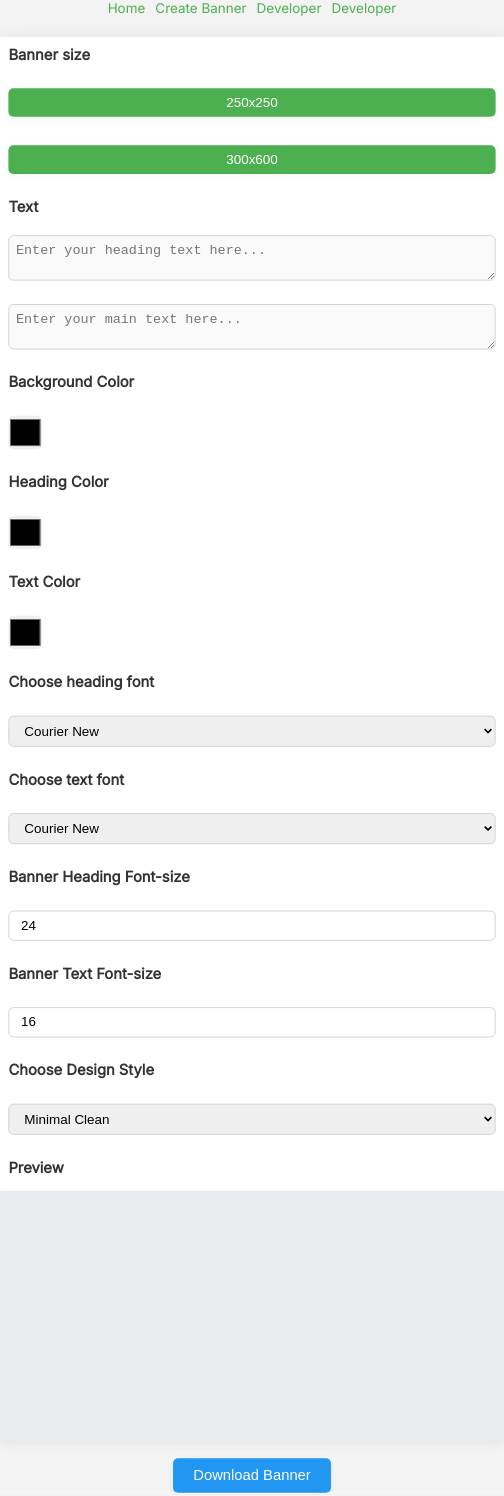
Repository: Yuravolontir/--Baner-Editor--
Page: banner.html
An editor plug-in stored every save of this project. The page is shown before and after the next save, followed by the edit.
The browser window is 600 px wide. The pictures show the whole page, at 84% of full size.

Above is the page before, as saved 2025-07-15 21:56:30.

### banner.html
<!DOCTYPE html>
<html lang="en">
<head>
    <meta charset="UTF-8">
    <meta name="viewport" content="width=device-width, initial-scale=1.0">
    <title>Document</title>
    <link rel="stylesheet" href="/styles/styles.css">
    <script type="module" src="/scripts/index.js"></script>
    <link href="https://fonts.googleapis.com/css2?family=Be+Vietnam+Pro&family=DM+Sans&family=Figtree&family=Inter&family=Manrope&family=Outfit&family=Rubik&family=Space+Grotesk&family=Sora&family=Urbanist&display=swap" rel="stylesheet">



<!-- Include html2canvas library for capturing the banner as an image-->
<script src="https://cdn.jsdelivr.net/npm/html2canvas@1.4.1/dist/html2canvas.min.js"></script>






</head>
<body>

<nav>
    <ul>
    <li><a href="/dashboard.html">Home</a></li>
    <li><a href="/banner.html">Create Banner</a></li>
    <li><a href="/thanks-to-developer.html">Developer</a></li>
    <li><a href="/thanks-to-developer.html">Developer</a></li>
    </ul>
</nav>
<div id="banner-builder-container">
<div id="controls-section">
<h3>Banner size</h3>
<button id="250X250">250x250</button>
<button id="300X600">300x600</button>
<h3>Text</h3>
<textarea id="bannerHeading" placeholder="Enter your heading text here..."></textarea>
<textarea id="bannerText" placeholder="Enter your main text here..."></textarea>
<h3>Background Color</h3>
<input type="color" id="BackgroundColor">

<h3>Heading Color</h3>
<input type="color" id="HeadingColor">

<h3>Text Color</h3>
<input type="color" id="TextColor">

<h3>Choose heading font</h3>
<select id="head-font">
  <option value="Courier New">Courier New</option>
  <option value="Inter">Inter</option>
  <option value="Poppins">Poppins</option>
  <option value="Space Grotesk">Space Grotesk</option>
  <option value="Outfit">Outfit</option>
  <option value="Manrope">Manrope</option>
  <option value="Sora">Sora</option>
  <option value="Figtree">Figtree</option>
  <option value="Rubik">Rubik</option>
  <option value="Urbanist">Urbanist</option>
  <option value="DM Sans">DM Sans</option>
</select>

<h3>Choose text font</h3>
<select id="text-font">
  <option value="Courier New">Courier New</option>
  <option value="Inter">Inter</option>
  <option value="Poppins">Poppins</option>
  <option value="Space Grotesk">Space Grotesk</option>
  <option value="Outfit">Outfit</option>
  <option value="Manrope">Manrope</option>
  <option value="Sora">Sora</option>
  <option value="Figtree">Figtree</option>
  <option value="Rubik">Rubik</option>
  <option value="Urbanist">Urbanist</option>
  <option value="DM Sans">DM Sans</option>
</select>

<h3>Banner Heading Font-size</h3>
<input type="number" id="headingFontSize" placeholder="Enter font size in px" value="24">
<h3>Banner Text Font-size</h3>
<input type="number" id="textFontSize" placeholder="Enter font size in px" value="16">

<h3>Choose Design Style</h3>
<select id="designStyle">
  <option value="minimal">Minimal Clean</option>
  <option value="bold">Bold & Colorful</option>
  <option value="pixel">Retro Pixel</option>
</select>


<h3>Preview</h3>
</div>
<div id="preview">

</div>
<button id="downloadBanner">Download Banner</button>
</div>
</body>
</html>

### styles/styles.css
/* Reset and base styles */
* {
    box-sizing: border-box;
}
html, body {
    height: 100%;
    width: 100%;
    margin: 0;
    padding: 0;
    background-color: #f3f3f3;
    font-family: 'Inter', 'Arial', sans-serif;
}

/* Navigation styling */
nav {
    width: 100%;
    margin: 0 0 24px 0;
    display: flex;
    justify-content: center;
    align-items: center;
}
nav ul {
    list-style: none;
    display: flex;
    gap: 2vw;
    padding: 0;
    margin: 0;
}
nav ul li a {
    text-decoration: none;
    color: #4caf50;
    font-size: 1.2rem;
    font-weight: 500;
    transition: color 0.2s;
}
nav ul li a:hover {
    color: #ff9800;
}

/* Main grid container for banner builder */
#banner-builder-container {
    display: grid;
    grid-template-columns: 1fr 1fr;
    gap: 32px;
    width: 100vw;
    height: calc(100vh - 80px); /* Adjust for nav height */
    padding: 0 0;
    align-items: stretch;
}

/* Controls section */
#controls-section {
    background: #fff;
    border-radius: 0;
    box-shadow: 0 4px 24px rgba(0,0,0,0.08);
    padding: 24px 16px;
    display: flex;
    flex-direction: column;
    gap: 16px;
    height: 100%;
    width: 100%;
    overflow-y: auto;
}
h3 {
    margin: 0 0 8px 0;
    font-size: 1.1rem;
    color: #333;
}
label {
    font-size: 1rem;
    color: #444;
    margin-bottom: 4px;
}
button, input[type="color"], input[type="number"], select {
    margin: 6px 0 12px 0;
    padding: 8px 14px;
    border-radius: 6px;
    border: 1px solid #ccc;
    font-size: 1rem;
    outline: none;
    transition: box-shadow 0.2s, border-color 0.2s;
}
button {
    background: #4caf50;
    color: #fff;
    border: none;
    cursor: pointer;
    font-weight: 500;
    box-shadow: 0 2px 8px rgba(76,175,80,0.08);
}
button:hover {
    background: #388e3c;
}
input[type="color"] {
    padding: 0;
    border: none;
    width: 40px;
    height: 40px;
    cursor: pointer;
}
textarea {
    width: 100%;
    min-height: 40px;
    padding: 8px;
    border-radius: 6px;
    border: 1px solid #ccc;
    font-size: 1rem;
    resize: vertical;
    margin-bottom: 12px;
    background: #fafafa;
}

/* Preview section */
#preview {
    background: #e9ecef;
    border-radius: 0;
    box-shadow: 0 2px 12px rgba(0,0,0,0.06);
    display: flex;
    align-items: center;
    justify-content: center;
    padding: 24px;
    width: 100%;
    height: 100%;
    overflow-y: auto;
}

/* Banner inside preview */
#generatedBanner {
    display: flex;
    flex-direction: column;
    align-items: center;
    justify-content: center;
    background: #fff;
    border-radius: 8px;
    box-shadow: 0 2px 8px rgba(0,0,0,0.04);
    padding: 16px;
    transition: box-shadow 0.2s;
    width: 100%;
    max-width: 100%;
}
#generatedBanner h1 {
    margin: 0 0 12px 0;
    font-size: 1.5rem;
    font-weight: 700;
}
#generatedBanner pre, #generatedBanner p {
    margin: 0 0 8px 0;
    font-size: 1rem;
    color: #333;
    background: none;
    border: none;
    padding: 0;
}

/* Download button styling */
#downloadBanner {
    margin: 18px auto 0 auto;
    display: block;
    background: #2196f3;
    color: #fff;
    border: none;
    font-size: 1.1rem;
    padding: 10px 24px;
    border-radius: 6px;
    cursor: pointer;
    box-shadow: 0 2px 8px rgba(33,150,243,0.08);
    transition: background 0.2s;
}
#downloadBanner:hover {
    background: #1565c0;
}

/* Form container styling (for index.html) */
#form-container {
    width: 100vw;
    margin: 0;
    padding: 24px 20px;
    background-color: #fff;
    box-shadow: 0 4px 24px rgba(0,0,0,0.08);
    display: flex;
    flex-direction: column;
    align-items: center;
    text-align: center;
}

/* Responsive adjustments */
@media (max-width: 900px) {
    #banner-builder-container {
        grid-template-columns: 1fr;
        gap: 0;
        height: auto;
    }
    #controls-section, #preview {
        width: 100vw;
        padding: 12px;
        min-height: 300px;
    }
}
@media (max-width: 700px) {
    #form-container, #preview, #controls-section {
        width: 100vw;
        padding: 10px;
    }
    #generatedBanner {
        padding: 8px;
    }
    nav ul li a {
        font-size: 1rem;
    }
}

### scripts/index.js
import {createBanner, updateBannerHeading, updateBannerText, updateBannerColor,updateBannerHeadingColor , updateBannerTextColor,updateHeadingFont , updateTextFont, updateHeadingFontSize, updateTextFontSize, updateDesignStyle} from "./banner.js";




document.getElementById("250X250").addEventListener('click', createBanner);
document.getElementById("300X600").addEventListener('click', createBanner);


document.getElementById("bannerHeading").addEventListener('input', updateBannerHeading);

document.getElementById("bannerText").addEventListener('input', updateBannerText);

document.getElementById("BackgroundColor").addEventListener('input', updateBannerColor);

document.getElementById("HeadingColor").addEventListener('input', updateBannerHeadingColor);

document.getElementById("TextColor").addEventListener('input', updateBannerTextColor);

document.getElementById("head-font").addEventListener('input', updateHeadingFont);

document.getElementById("text-font").addEventListener('input', updateTextFont);

document.getElementById("headingFontSize").addEventListener('input', updateHeadingFontSize)

document.getElementById("textFontSize").addEventListener('input', updateTextFontSize);

document.getElementById("designStyle").addEventListener("change", updateDesignStyle);



// Add event listener for the download button
document.getElementById("downloadBanner").addEventListener("click", () => {
    const banner = document.getElementById("generatedBanner");
    if (!banner) return;

    html2canvas(banner).then(canvas => {
        const link = document.createElement("a");
        link.download = "my-banner.png";
        link.href = canvas.toDataURL();
        link.click();
    });
});
// Add event listener for the download button

### scripts/banner.js





export function createBanner(event) {
    event.preventDefault();
    const blank = document.querySelector("#preview");
    blank.innerHTML = "";
    const div = document.createElement("div");
    div.id = "generatedBanner"; // So we can update it later

    if (event.target.id === "300X600")
    {
    div.style.width = "300px";
    div.style.height = "600px";
    }
     if (event.target.id === "250X250")
    {
     div.style.width = "250px";
     div.style.height = "250px";
    }

    div.style.border = "1px solid black";
    div.style.background = "white";

    const h1 = document.createElement("h1");
    h1.id = "bannerH1"; // So we can update it
    h1.style.textAlign = "center";
    h1.textContent = document.getElementById("bannerHeading").value;

    const pre = document.createElement("pre");
    pre.id = "bannerPre"; // So we can update it
    pre.style.textAlign = "center";
    pre.textContent = document.getElementById("bannerText").value;

    div.appendChild(h1);
    div.appendChild(pre);

    blank.appendChild(div);
}
export function updateBannerHeading() {
    const h1 = document.getElementById("bannerH1");
    if (h1) {
        h1.textContent = document.getElementById("bannerHeading").value;
    }
}

export function updateBannerText() {
        const pre = document.getElementById("bannerPre");
    if (pre) {
        pre.textContent = document.getElementById("bannerText").value;
    }
}


export function updateBannerColor() {
    const div = document.getElementById("generatedBanner");
    if (div) {
        div.style.backgroundColor = document.getElementById("BackgroundColor").value;
    }
}

export function updateBannerHeadingColor() {
            const h1= document.getElementById("bannerH1");
    if (h1) {
        h1.style.color = document.getElementById("HeadingColor").value;
    }
}

export function updateBannerTextColor() {
        const pre = document.getElementById("bannerPre");
    if (pre) {
        pre.style.color = document.getElementById("TextColor").value;
    }
}

export function updateHeadingFont() {
    const h1 = document.getElementById("bannerH1");
    if (h1) {
        h1.style.fontFamily = document.getElementById("head-font").value;
    }
}
export function updateTextFont() {
    const pre = document.getElementById("bannerPre");
    if (pre) {
        pre.style.fontFamily = document.getElementById("text-font").value;
    }
}

export function updateHeadingFontSize() {
    const h1 = document.getElementById("bannerH1");
    if (h1) {
        h1.style.fontSize = document.getElementById("headingFontSize").value + "px";
    }
}
export function updateTextFontSize() {
    const pre = document.getElementById("bannerPre");
    if (pre) {
        pre.style.fontSize = document.getElementById("textFontSize").value + "px";
    }
}

export function updateDesignStyle() {
    const div = document.getElementById("generatedBanner");
    const style = document.getElementById("designStyle").value;

    if (!div) return;

    // Reset all first
    div.style.border = "";
    div.style.background = "";
    div.style.color = "";
    div.style.fontFamily = "";

    switch (style) {
        case "minimal":
            div.style.background = "white";
            div.style.color = "#222";
            div.style.border = "1px solid #ccc";
            div.style.fontFamily = "Inter";
            break;

        case "bold":
            div.style.background = "linear-gradient(135deg, #ff6b6b, #6a00f4)";
            div.style.color = "white";
            div.style.border = "none";
            div.style.fontFamily = "Rubik";
            break;

        case "pixel":
            div.style.background = "black";
            div.style.color = "#00ff00";
            div.style.border = "2px solid #444";
            div.style.fontFamily = "'Press Start 2P'";
            break;
    }
}

After the next save:
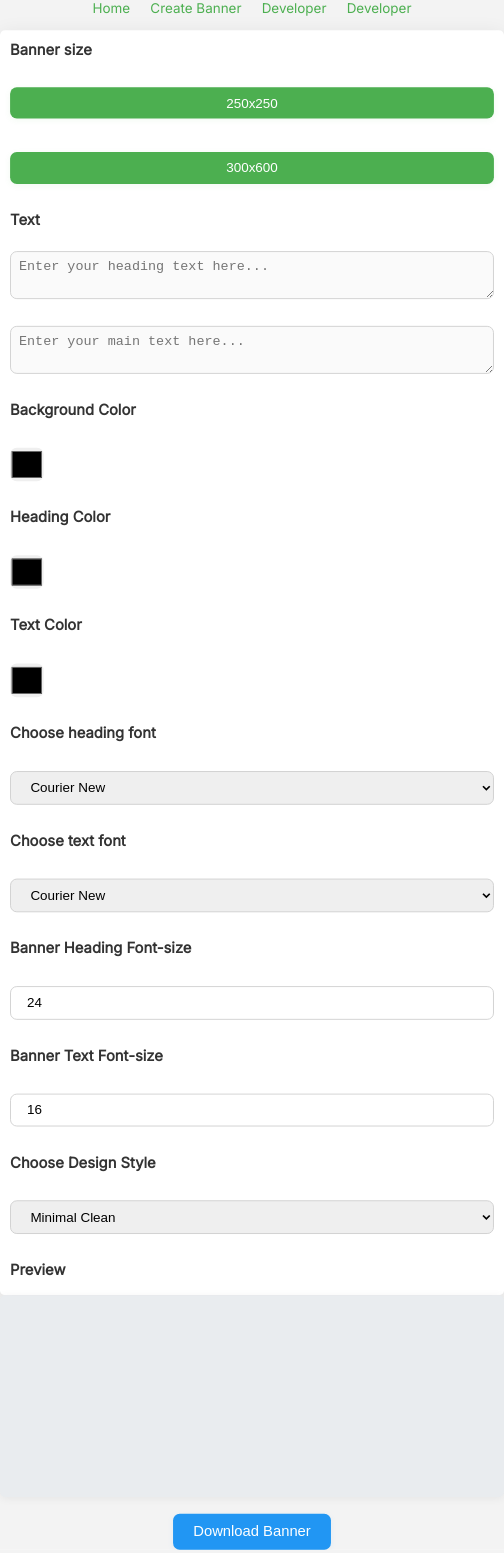
Saved 4 min 54 s later.
--- a/styles/styles.css
+++ b/styles/styles.css
@@ -13,8 +13,8 @@ html, body {
 
 /* Navigation styling */
 nav {
-    width: 100%;
-    margin: 0 0 24px 0;
+    width: 100vw;
+    margin: 0 0 2vh 0;
     display: flex;
     justify-content: center;
     align-items: center;
@@ -22,7 +22,7 @@ nav {
 nav ul {
     list-style: none;
     display: flex;
-    gap: 2vw;
+    gap: 4vw;
     padding: 0;
     margin: 0;
 }
@@ -41,40 +41,40 @@ nav ul li a:hover {
 #banner-builder-container {
     display: grid;
     grid-template-columns: 1fr 1fr;
-    gap: 32px;
+    gap: 3vw;
     width: 100vw;
-    height: calc(100vh - 80px); /* Adjust for nav height */
-    padding: 0 0;
+    min-height: 80vh;
+    padding: 0 2vw;
     align-items: stretch;
 }
 
 /* Controls section */
 #controls-section {
     background: #fff;
-    border-radius: 0;
+    border-radius: 1vw;
     box-shadow: 0 4px 24px rgba(0,0,0,0.08);
-    padding: 24px 16px;
+    padding: 2vw 2vw;
     display: flex;
     flex-direction: column;
-    gap: 16px;
+    gap: 1.2rem;
     height: 100%;
     width: 100%;
     overflow-y: auto;
 }
 h3 {
-    margin: 0 0 8px 0;
+    margin: 0 0 0.5rem 0;
     font-size: 1.1rem;
     color: #333;
 }
 label {
     font-size: 1rem;
     color: #444;
-    margin-bottom: 4px;
+    margin-bottom: 0.3rem;
 }
 button, input[type="color"], input[type="number"], select {
-    margin: 6px 0 12px 0;
-    padding: 8px 14px;
-    border-radius: 6px;
+    margin: 0.5rem 0 0.8rem 0;
+    padding: 0.6rem 1.2rem;
+    border-radius: 0.5rem;
     border: 1px solid #ccc;
     font-size: 1rem;
     outline: none;
@@ -94,32 +94,33 @@ button:hover {
 input[type="color"] {
     padding: 0;
     border: none;
-    width: 40px;
-    height: 40px;
+    width: 2.5rem;
+    height: 2.5rem;
     cursor: pointer;
 }
 textarea {
     width: 100%;
-    min-height: 40px;
-    padding: 8px;
-    border-radius: 6px;
+    min-height: 2.5rem;
+    padding: 0.6rem;
+    border-radius: 0.5rem;
     border: 1px solid #ccc;
     font-size: 1rem;
     resize: vertical;
-    margin-bottom: 12px;
+    margin-bottom: 0.8rem;
     background: #fafafa;
 }
 
 /* Preview section */
 #preview {
     background: #e9ecef;
-    border-radius: 0;
+    border-radius: 1vw;
     box-shadow: 0 2px 12px rgba(0,0,0,0.06);
     display: flex;
     align-items: center;
     justify-content: center;
-    padding: 24px;
-    width: 100%;
+    padding: 2vw;
+    width: 100%;
+    min-height: 40vh;
     height: 100%;
     overflow-y: auto;
 }
@@ -131,20 +132,20 @@ textarea {
     align-items: center;
     justify-content: center;
     background: #fff;
-    border-radius: 8px;
+    border-radius: 1vw;
     box-shadow: 0 2px 8px rgba(0,0,0,0.04);
-    padding: 16px;
+    padding: 1.2rem;
     transition: box-shadow 0.2s;
     width: 100%;
     max-width: 100%;
 }
 #generatedBanner h1 {
-    margin: 0 0 12px 0;
+    margin: 0 0 0.8rem 0;
     font-size: 1.5rem;
     font-weight: 700;
 }
 #generatedBanner pre, #generatedBanner p {
-    margin: 0 0 8px 0;
+    margin: 0 0 0.5rem 0;
     font-size: 1rem;
     color: #333;
     background: none;
@@ -154,14 +155,14 @@ textarea {
 
 /* Download button styling */
 #downloadBanner {
-    margin: 18px auto 0 auto;
+    margin: 1.2rem auto 0 auto;
     display: block;
     background: #2196f3;
     color: #fff;
     border: none;
     font-size: 1.1rem;
-    padding: 10px 24px;
-    border-radius: 6px;
+    padding: 0.7rem 1.5rem;
+    border-radius: 0.5rem;
     cursor: pointer;
     box-shadow: 0 2px 8px rgba(33,150,243,0.08);
     transition: background 0.2s;
@@ -174,7 +175,7 @@ textarea {
 #form-container {
     width: 100vw;
     margin: 0;
-    padding: 24px 20px;
+    padding: 2vw 2vw;
     background-color: #fff;
     box-shadow: 0 4px 24px rgba(0,0,0,0.08);
     display: flex;
@@ -188,23 +189,28 @@ textarea {
     #banner-builder-container {
         grid-template-columns: 1fr;
         gap: 0;
-        height: auto;
+        min-height: 100vh;
+        padding: 0 2vw;
     }
     #controls-section, #preview {
         width: 100vw;
-        padding: 12px;
-        min-height: 300px;
+        padding: 2vw;
+        min-height: 30vh;
     }
 }
 @media (max-width: 700px) {
     #form-container, #preview, #controls-section {
         width: 100vw;
-        padding: 10px;
+        padding: 2vw;
     }
     #generatedBanner {
-        padding: 8px;
+        padding: 0.7rem;
     }
     nav ul li a {
         font-size: 1rem;
     }
-}
+    #banner-builder-container {
+        min-height: 100vh;
+        padding: 0;
+    }
+}
